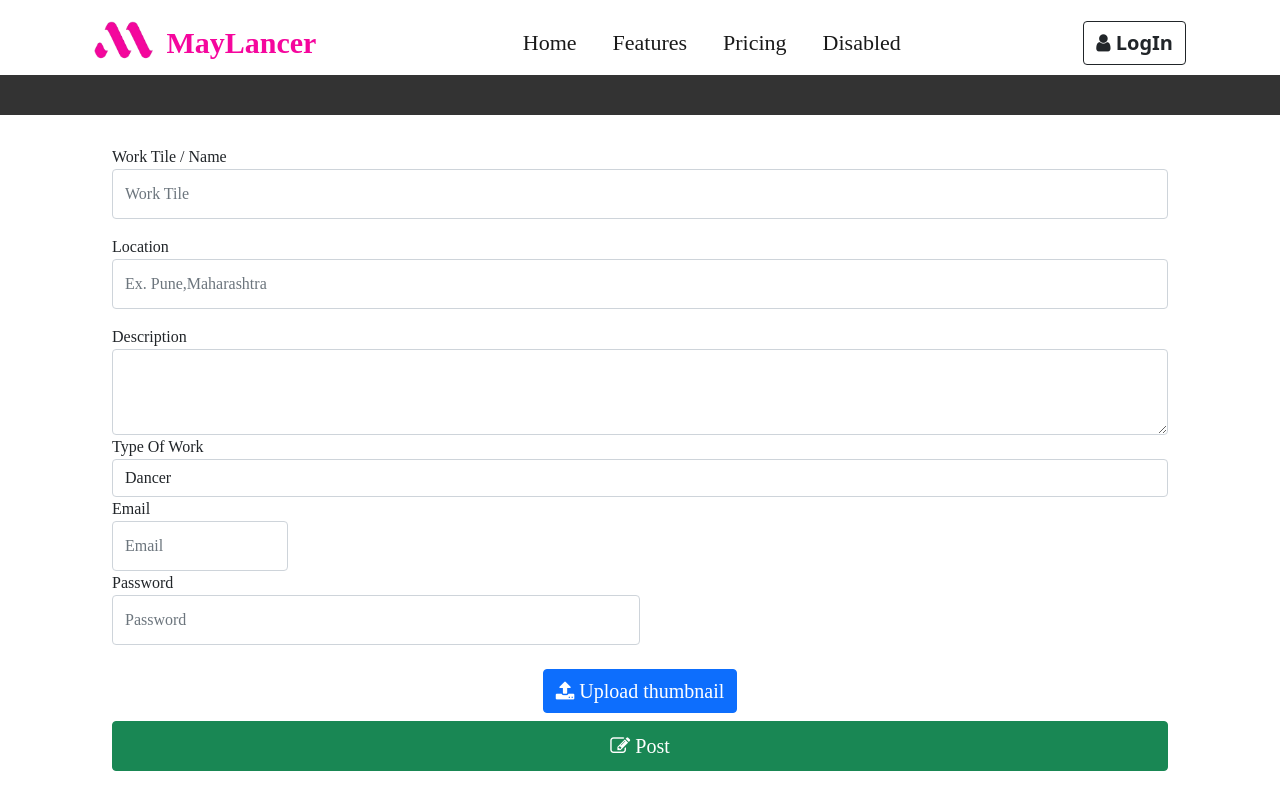
Repository: prathmesh2023/maylancers
Page: http://localhost/post_job
The author's editor kept a copy of each file at every save. The page is drawn from the files as they stood at one save, then again after the next save.
The browser window is 1280 px wide. The pictures show the whole page.
Some web fonts or font styles are not loaded; a fallback is used. Some web libraries are served in a nearby version. The page is served by the project's application, run on Django 3.2 (manage.py). Other server files are loaded and not shown. The page reads the database file committed with the project.

Above is the page before, as saved 2022-01-24 02:53:42.

### templates/postjob.html
{% extends "base.html" %} {% block title %} MayLancers {% endblock title %} {% load static %} {% block main %}
<div class="container ">


    <form method="post" action="/post_job" style="padding:30px;" enctype="multipart/form-data">
        <div class="mb-3">
            <label for="exampleInputEmail1">Work Tile / Name</label>

            <input required required type="text" name="wtitle" class="form-control" id="exampleInputEmail1" aria-describedby="emailHelp" placeholder="Work Tile ">

        </div>
        <div class="mb-3">
            <label for="loc">Location</label>
            <input required required type="text" name="loc" class="form-control" id="loc" placeholder="Ex. Pune,Maharashtra">
        </div>


        <div class="form-group">
            <label for="exampleFormControlTextarea1">Description</label>
            <textarea name="desc" required class="form-control" id="exampleFormControlTextarea1" rows="3"></textarea>
        </div>

        <div class="form-group">
            <label for="exampleFormControlSelect1">Type Of Work</label>
            <select name="cat" required class="form-control" id="exampleFormControlSelect1">
                {% for i in cat %}
                <option>{{i.title}}</option>
                {% endfor %}


          </div>



            </select>
        </div>

        <div class="form-row">
            <div class=" col-md-2">
                <label for="inputEmail4">Email</label>
                <input type="email" class="form-control" id="inputEmail4" placeholder="Email">
            </div>
            <div class="form-group col-md-6">
                <label for="inputPassword4">Password</label>
                <input type="password" class="form-control" id="inputPassword4" placeholder="Password">
            </div>
        </div>

        <br> {% csrf_token %}

        <input name="file" required type="file" id="file" style="display:none;">

        <center>
            <label for="file" class="btn btn-primary "><span class="fa fa-upload">   </span> Upload thumbnail</label></center>
        <button type="submit" class="btn btn-success my-2"><span class="fa fa-edit"> </span> Post</button>
    </form>

</div>

<style>
    <style>.form {}

    form {
        background-color: white;
        padding: 10px;
        font-family: cursive;
        border-radius: 15px;
    }

    form input {
        height: 50px;
        font-size: 20x;
    }

    form button {
        height: 50px;
        width: 100%;
    }

    .btn {
        font-size: 20px;
    }

    .ml {
        margin-top: 10%;
    }

    .mf {
        margin-top: 8%;
    }
</style>


{% endblock %}

### templates/base.html
<!DOCTYPE html>
<html lang="en">

<head>
    <!-- Required meta tags -->
    <meta charset="utf-8" />

    <meta content="width=device-width, initial-scale=1" name="viewport" />

    <!-- Bootstrap CSS -->

    {% load static %}

    <link href="{% static 'bootstrap-5/css/bootstrap.min.css' %}" type="text/css" rel="stylesheet" />
    <link href="{% static 'css/main.css' %}" type="text/css" rel="stylesheet">

    <!-- js bostrap -->
    <script src="https://code.jquery.com/jquery-3.2.1.slim.min.js" integrity="sha384-KJ3o2DKtIkvYIK3UENzmM7KCkRr/rE9/Qpg6aAZGJwFDMVNA/GpGFF93hXpG5KkN" crossorigin="anonymous"></script>
    <script src="https://cdnjs.cloudflare.com/ajax/libs/popper.js/1.12.9/umd/popper.min.js" integrity="sha384-ApNbgh9B+Y1QKtv3Rn7W3mgPxhU9K/ScQsAP7hUibX39j7fakFPskvXusvfa0b4Q" crossorigin="anonymous"></script>
    <script src="https://maxcdn.bootstrapcdn.com/bootstrap/4.0.0/js/bootstrap.min.js" integrity="sha384-JZR6Spejh4U02d8jOt6vLEHfe/JQGiRRSQQxSfFWpi1MquVdAyjUar5+76PVCmYl" crossorigin="anonymous"></script>
    <!-- / -->
    <link rel="stylesheet" href="https://cdnjs.cloudflare.com/ajax/libs/font-awesome/4.7.0/css/font-awesome.min.css">
    <link href='https://fonts.googleapis.com/css?family=Concert One' rel='stylesheet'>
    <link href='https://fonts.googleapis.com/css?family=Courgette' rel='stylesheet'>
    <link href='https://fonts.googleapis.com/css?family=Jockey One' rel='stylesheet'>

    <!--  -->
    {% load static %}
    <title>{% block title %} {% endblock %}</title>
</head>


<body>


    <div class="container">
        <nav class="navbar navbar-expand-lg navbar-light bg-white">
            <div class="container-fluid">
                <a class="navbar-brand" href="#"><img class="brand " src="{% static 'img/logo.png' %}"> <span class="mx-2 Courgette" style=" color: #f5069d;  font-size: 30px;"> <b>MayLancer</b></span></a>
                <button class="navbar-toggler" type="button" data-bs-toggle="collapse" data-bs-target="#navbarNav" aria-controls="navbarNav" aria-expanded="false" aria-label="Toggle navigation">
      <span class="navbar-toggler-icon"></span>
    </button>
                <div class="collapse navbar-collapse" id="navbarNav">
                    <ul class="navbar-nav mx-auto ">
                        <li class="nav-item">
                            <a class="nav-link active" aria-current="page" href="#">Home</a>
                        </li>
                        <li class="nav-item ">
                            <a class="nav-link active" href="#">Features</a>
                        </li>
                        <li class="nav-item ">
                            <a class="nav-link active" href="#">Pricing</a>
                        </li>
                        <li class="nav-item  ">
                            <a class="nav-link active disabled">Disabled</a>
                        </li>
                    </ul>



                    {% if user.is_authenticated %} &nbsp;<span class=""> <b>

                        {{ user.username }}</b></span> &nbsp;&nbsp;
                    <a href="/logout">Logout</a> {% else %}
                    <a href="/login"><button class="btn btn-outline-dark"><span class="fa fa-user"> </span> <b>LogIn</b></button></a> {% endif %}

                </div>
            </div>
        </nav>
    </div>


    <div class="navbar " style="height: 40px; margin-top: -10px; background-color: #000000cc;">




    </div>


    {% block main %} {% endblock main %}

    <!--
    <div class="container my-5">
        <div class="row">
            <div class="col-md-3">

                <div class="card  m-0 p-0" style="border: solid 2px #f5069d ; border-top-right-radius: 0px; border-top-left-radius: 0px; border-top: none ;">
                    <div class="card-body ">
                        <img src="painter.jpg" class="img border-0 p-0">
                        <h2 style="margin-top:20px;">
                            Painter
                        </h2>
                        <p class="card-text"><b>Find Painters nearby you</b></p>
                        <a href="#" class="btn sub">  Find </a>
                    </div>
                </div>

            </div>


            <div class="col-md-3">

                <div class="card  m-0 p-0" style="border: solid 2px #f5069d ; border-top-right-radius: 0px; border-top-left-radius: 0px; border-top: none ;">
                    <div class="card-body ">
                        <img src="mechanic.jpg" class="img border-0 p-0">
                        <h2 style="margin-top:20px;">
                            Mechanic
                        </h2>
                        <p class="card-text"><b>Find Mechanics nearby you</b></p>
                        <a href="#" class="btn sub"> Find </a>
                    </div>
                </div>

            </div>



            <div class="col-md-3">

                <div class="card  m-0 p-0" style="border: solid 2px #f5069d ; border-top-right-radius: 0px; border-top-left-radius: 0px; border-top: none ;">
                    <div class="card-body ">
                        <img src="designer1.jpg" class="img border-0 p-0">
                        <h2 style="margin-top:20px;">
                            Designer
                        </h2>
                        <p class="card-text"><b>Find Designer nearby you</b></p>
                        <a href="#" class="btn sub"> Find </a>
                    </div>
                </div>

            </div>


            <div class="col-md-3">

                <div class="card  m-0 p-0" style="border: solid 2px #f5069d ; border-top-right-radius: 0px; border-top-left-radius: 0px; border-top: none ;">
                    <div class="card-body ">
                        <img src="doctor.jpg" class="img border-0 p-0">
                        <h2 style="margin-top:20px;">
                            Doctor
                        </h2>
                        <p class="card-text"><b>Find Doctors nearby you</b></p>
                        <a href="#" class="btn sub"> Find </a>
                    </div>
                </div>

            </div>
        </div>
    </div> -->

    <!-- / -->





    <!-- Optional JavaScript; choose one of the two! -->

    <!-- Option 1: Bootstrap Bundle with Popper -->
    <script src="https://cdn.jsdelivr.net/npm/bootstrap@5.1.3/dist/js/bootstrap.bundle.min.js " integrity="sha384-ka7Sk0Gln4gmtz2MlQnikT1wXgYsOg+OMhuP+IlRH9sENBO0LRn5q+8nbTov4+1p " crossorigin="anonymous "></script>

    <!-- Option 2: Separate Popper and Bootstrap JS -->
    <!--
    <script src="https://cdn.jsdelivr.net/npm/@popperjs/core@2.10.2/dist/umd/popper.min.js " integrity="sha384-7+zCNj/IqJ95wo16oMtfsKbZ9ccEh31eOz1HGyDuCQ6wgnyJNSYdrPa03rtR1zdB " crossorigin="anonymous "></script>
    <script src="https://cdn.jsdelivr.net/npm/bootstrap@5.1.3/dist/js/bootstrap.min.js " integrity="sha384-QJHtvGhmr9XOIpI6YVutG+2QOK9T+ZnN4kzFN1RtK3zEFEIsxhlmWl5/YESvpZ13 " crossorigin="anonymous "></script>
    -->
</body>

</html>

### app1/models.py
from django.db import models

# Create your models here.
from django.contrib.auth.models import User

class profile(models.Model):
    user = models.OneToOneField(User, on_delete=models.CASCADE)
    about = models.CharField(max_length=100)
    dp = models.ImageField('dp', upload_to="app1/img/dp")


class category(models.Model):
    title = models.CharField(max_length=200)
    location = models.CharField(max_length=200)
    thumbnail = models.ImageField('thumbnail', upload_to="app1/img/category")
    desc = models.TextField()


    def __str__(self):
        return self.title


class post(models.Model):

    title = models.CharField(max_length=200)
    loc = models.CharField(max_length=200)
    desc = models.TextField()
    cat = models.CharField(max_length=200)
    thumb = models.ImageField('thumb', upload_to="app1/img/post/thumb")
    afrom = models.IntegerField()
    ato = models.IntegerField()


    def __str__(self):
        return self.title

### app1/views.py
from django.shortcuts import render,HttpResponse,redirect
from django.contrib.auth.models import User,auth
from django.contrib.auth.decorators import login_required
from .models import User,profile,category


# Create your views here.

def home(request):



    cat = category.objects.all().order_by('-id')

    data= {
        'cat':cat,
    }


    return render(request, "home.html", data)


def login(request):

    if request.method == 'POST':
        uname = request.POST.get('uname')
        pwd = request.POST.get('pwd')

        user = auth.authenticate(username=uname, password=pwd)

        if user is not None:
            auth.login(request, user)
            return redirect('/profile')
        else:
            return HttpResponse("uname , password invalid ")


    return render(request, "login.html")




def logout(request):
    auth.logout(request)

    return redirect('/')


def profile(request):

    if request.user.is_authenticated:


        return render(request, "profile.html")
    else:
        return redirect("/login")


def register(request):

    if request.method == "POST":
        uname = request.POST.get('uname')
        email = request.POST.get('email')
        pwd = request.POST.get('pwd')
        fname = request.POST.get('fname')
        lname = request.POST.get('lname')


        # u = User(password=pwd, username=uname, email=email,first_name=fname, last_name=lname)

        User.objects.create_user(password=pwd, username=uname, email=email,first_name=fname, last_name=lname)


        return redirect('/profile')
    else:
        HttpResponse("faield")

    return render(request, "register.html")


def post_job(request):

    cat = category.objects.all().order_by('-id')

    data={
        "cat":cat,
    }

    if request.method == 'POST':
        wtitle = request.POST.get('wtitle')
        loc = request.POST.get('loc')
        desc = request.POST.get('desc')
        cat = request.POST.get('cat')
        thumb = request.FILES['file']

        from .models import post

        job = post(title=wtitle, loc=loc, desc=desc, cat=cat, thumb=thumb)

        job.save()

        return redirect('/')


    return render(request, "postjob.html", data)

### maylancer/urls.py
"""maylancer URL Configuration

The `urlpatterns` list routes URLs to views. For more information please see:
    https://docs.djangoproject.com/en/3.2/topics/http/urls/
Examples:
Function views
    1. Add an import:  from my_app import views
    2. Add a URL to urlpatterns:  path('', views.home, name='home')
Class-based views
    1. Add an import:  from other_app.views import Home
    2. Add a URL to urlpatterns:  path('', Home.as_view(), name='home')
Including another URLconf
    1. Import the include() function: from django.urls import include, path
    2. Add a URL to urlpatterns:  path('blog/', include('blog.urls'))
"""
from django.contrib import admin
from django.urls import path,include

urlpatterns = [
    path('admin/', admin.site.urls),
    path('',include('app1.urls'))
]

### app1/urls.py
from django.contrib import admin
from django.urls import path
from app1 import views

from django.conf import settings
from django.conf.urls.static import static

urlpatterns = [
    path("", views.home , name="home"),
    path("login", views.login, name="login"),
    path("logout", views.logout,name="logout"),
    path("profile", views.profile, name="profile"),
    path("register", views.register, name="register"),
    path("post_job", views.post_job, name="post_job"),


]+ static(settings.MEDIA_URL, document_root=settings.MEDIA_ROOT)

### static/css/main.css
.primary-bg {
    background-color: rgb(255, 78, 166);
}

.brand {
    max-width: 100px;
    max-height: 39px;
    margin-top: -14px;
}

.bg-white {
    background: white;
}

a u {
    text-decoration: none;
}

.nav-item {
    font-size: large;
    font-family: 'Concert One';
    font-size: 22px;
    padding: 10px;
}

.in {
    margin-top: 50px;
}

.bgc {
    background-color: black;
    background-repeat: no-repeat;
    background-size: 100%;
    width: 100%;
    height: 400px;
}


/* fonts */

.jone {
    font-family: 'Jockey One';
}

.Courgette {
    font-family: 'Courgette';
}

.searchbox {}

.searchbox input {
    border-radius: 0%;
    height: 50px;
    background-color: #ffffffd9;
}

.bt {
    border-radius: 0%;
    height: 50px;
    font-family: cursive;
}

.di {
    color: white;
    border-radius: 0%;
}


/* cards */


/* .sub {
    background: #f5069d;
    color: white;
}

.img-thumbnail {
    padding: 0px;
}

.img {
    margin-left: -31px;
    width: 120%;
    height: 180px;
    border-style: solid;
    border-size: px;
    padding: 10px;
    box-shadow: 5px 10px 18px #888888;
    margin-top: -25px;
}

.card {
    box-shadow: 5px 10px 18px #888888;
}
*/

.card_main {
    margin-top: -100px;
}

.sub {
    background: #f5069d;
    color: white;
}

.img-thumbnail {
    padding: 0px;
}

.img {
    margin-left: -20px;
    width: 110%;
    height: auto;
    border-style: solid;
    border-size: 1px;
    box-shadow: 5px 10px 18px #888888;
    margin-top: -25px;
}

.card {
    box-shadow: 5px 10px 18px #888888;
    margin-left: 20px;
    margin-right: 20px;
    text-decoration: none;
}

.card a {
    text-decoration: none;
}

.card:hover {
    color: #f5069d;
}

@media only screen and (max-width: 900px) {
    .img {}
    .card {
        margin-left: 50px;
        margin-right: 50px;
    }
}

.pj button {
    border-radius: 0px;
    color: white;
    font-family: cursive;
}


/*  */

### db.sqlite3 (the tables this page reads, as SQL)
CREATE TABLE "app1_category" ("id" integer NOT NULL PRIMARY KEY AUTOINCREMENT, "title" varchar(200) NOT NULL, "location" varchar(200) NOT NULL, "desc" text NOT NULL, "thumbnail" varchar(100) NULL);
INSERT INTO "app1_category" VALUES
(1, 'painter', 'Pune , mh', 'painter', 'app1/img/category/painter_LAaJ8Te.jpg'),
(2, 'designer', 'latur', 'designer', 'app1/img/category/designer1.jpg'),
(3, 'mechanic', 'pune', 'mechanic', 'app1/img/category/mechanic.jpg'),
(4, 'dctor', 'bombay', 'dector', 'app1/img/category/doctor.jpg'),
(6, 'Dancer', 'pune, maharashtra', 'I want a Bar dancer', 'app1/img/category/download.jpg');

Loaded but not shown: static/bootstrap-5/css/bootstrap.min.css (library)

After the next save:
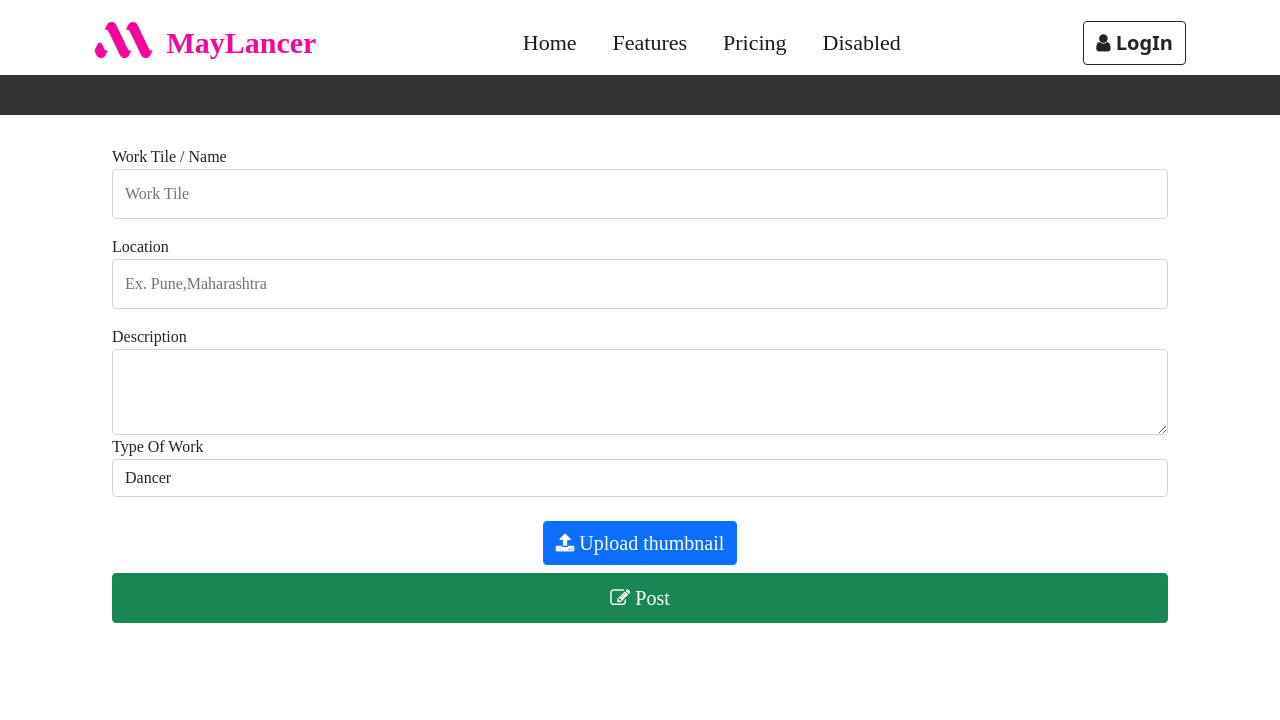
Saved 12 s later.
--- a/templates/postjob.html
+++ b/templates/postjob.html
@@ -35,16 +35,8 @@
             </select>
         </div>
 
-        <div class="form-row">
-            <div class=" col-md-2">
-                <label for="inputEmail4">Email</label>
-                <input type="email" class="form-control" id="inputEmail4" placeholder="Email">
-            </div>
-            <div class="form-group col-md-6">
-                <label for="inputPassword4">Password</label>
-                <input type="password" class="form-control" id="inputPassword4" placeholder="Password">
-            </div>
-        </div>
+
+
 
         <br> {% csrf_token %}
 
